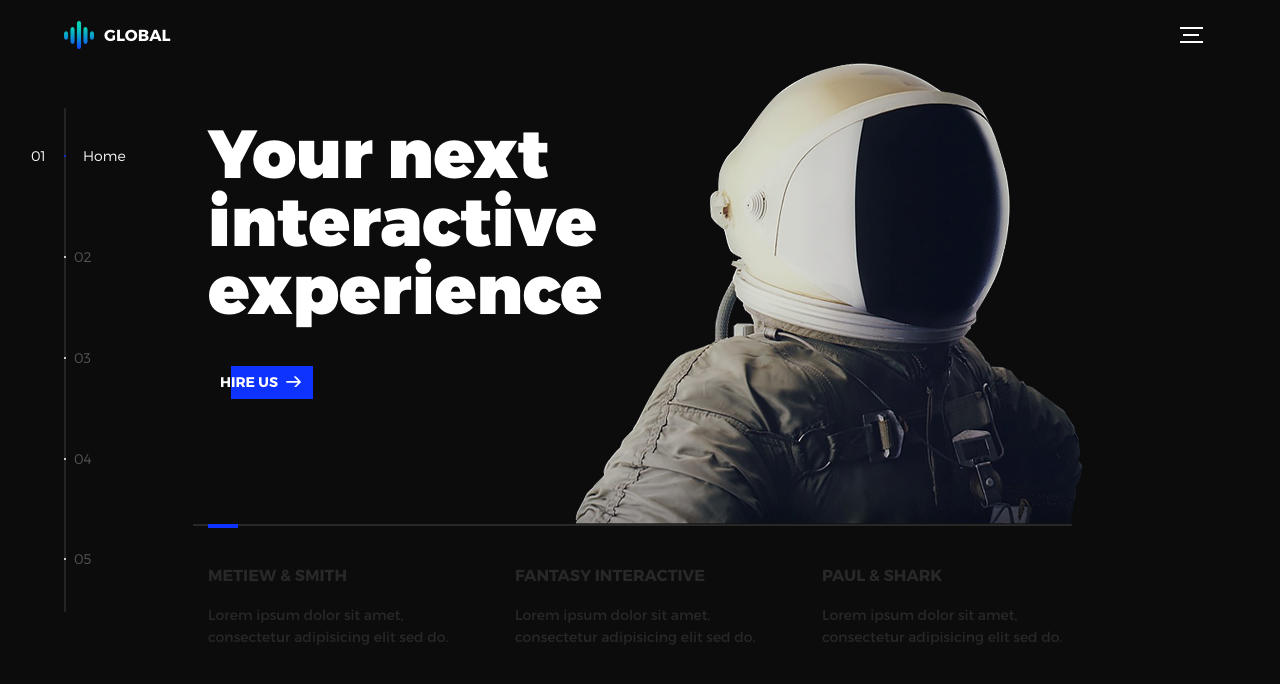
Repository: KanchanaNuradha/KanchanaNuradha.github.io
Page: index.html
An editor plug-in stored every save of this project. The page is shown before and after the next save, followed by the edit.
The browser window is 1280 px wide. The pictures show the whole page.

Above is the page before, as saved 2024-12-03 19:27:04.

After the next save:
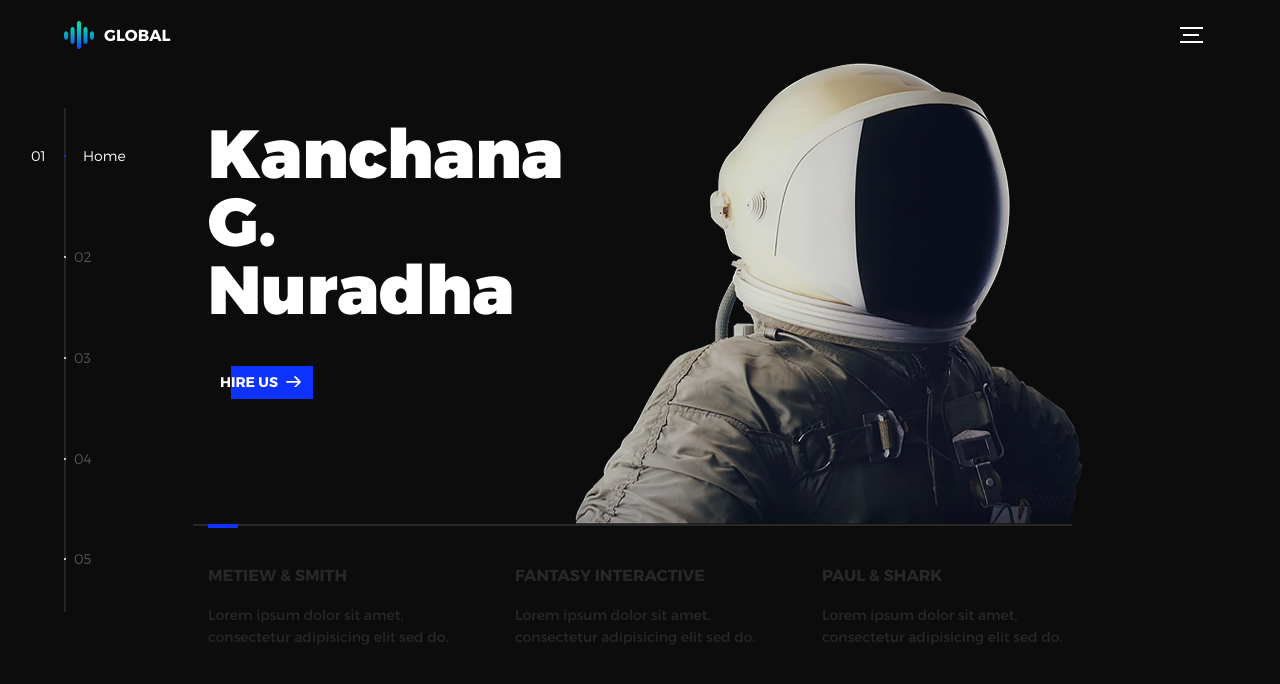
Saved 97 s later.
--- a/index.html
+++ b/index.html
@@ -48,7 +48,7 @@
           <li class="l-section section section--is-active">
             <div class="intro">
               <div class="intro--banner">
-                <h1>Your next<br>interactive<br>experience</h1>
+                <h1>Kanchana<br>G.<br>Nuradha</h1>
                 <button class="cta">Hire Us
                   <svg version="1.1" id="Layer_1" xmlns="http://www.w3.org/2000/svg" xmlns:xlink="http://www.w3.org/1999/xlink" x="0px" y="0px" viewBox="0 0 150 118" style="enable-background:new 0 0 150 118;" xml:space="preserve">
                   <g transform="translate(0.000000,118.000000) scale(0.100000,-0.100000)">
